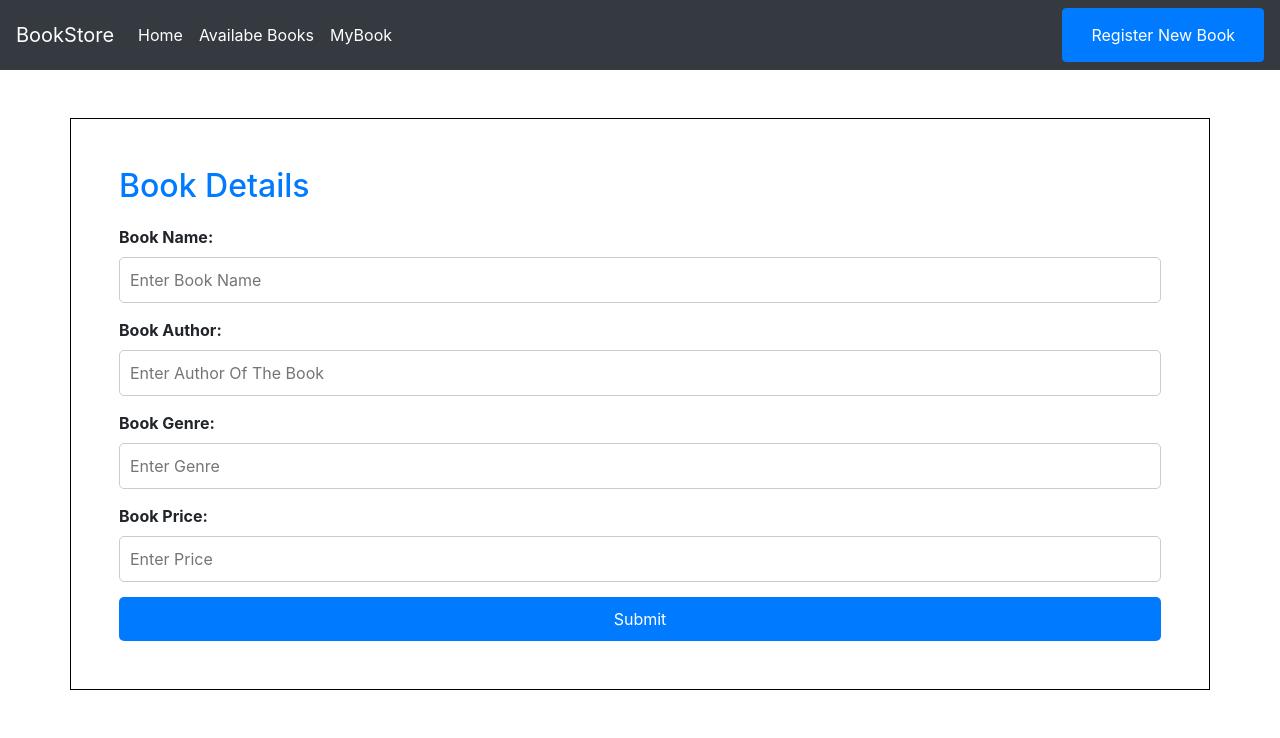
Repository: Sumanta-Sahoo/BookStoreApp
Page: bookstore/src/main/resources/static/bookRegister.html
The author's editor kept a copy of each file at every save. The page is drawn from the files as they stood at one save, then again after the next save.
The browser window is 1280 px wide. The pictures show the whole page.

Above is the page before, as saved 2024-03-15 12:05:01.

### bookstore/src/main/resources/static/bookRegister.html
<!doctype html>
<html lang="en">

<head>
	<!-- Required meta tags -->
	<meta charset="utf-8">
	<meta name="viewport" content="width=device-width, initial-scale=1, shrink-to-fit=no">

	<!-- Bootstrap CSS -->
	<link rel="stylesheet" href="https://cdn.jsdelivr.net/npm/bootstrap@4.4.1/dist/css/bootstrap.min.css"
		integrity="sha384-Vkoo8x4CGsO3+Hhxv8T/Q5PaXtkKtu6ug5TOeNV6gBiFeWPGFN9MuhOf23Q9Ifjh" crossorigin="anonymous">

	<title>BookStore</title>
</head>

<body>
	<nav class="navbar navbar-expand-lg navbar-light bg-dark">
		<a class="navbar-brand text-white" href="#">BookStore</a>
		<button class="navbar-toggler" type="button" data-toggle="collapse" data-target="#navbarSupportedContent"
			aria-controls="navbarSupportedContent" aria-expanded="false" aria-label="Toggle navigation">
			<span class="navbar-toggler-icon"></span>
		</button>

		<div class="collapse navbar-collapse" id="navbarSupportedContent">
			<ul class="navbar-nav mr-auto">
				<li class="nav-item active">
					<a class="nav-link text-white" href="#">Home<span class="sr-only">(current)</span></a>
				</li>
				<li class="nav-item">
					<a class="nav-link text-white" href="availabe_books">Availabe Books</a>
				</li>
				<li class="nav-item">
					<a class="nav-link text-white" href="my_books">MyBook</a>
				</li>
			</ul>
			<div>
				<button type="button" class="btn btn-primary"><a class="nav-link text-white"
						href="bookRegister">Register New Book</a></button>
			</div>

		</div>
	</nav>

	<div class="container my-5 p-5" style="border:1px solid black;">

		<h2 style="margin-bottom: 20px; color: #007bff;">Book Details</h2>

		<form>
			<div style="margin-bottom: 15px;">
				<label for="bookName" style="display: block; font-weight: bold;">Book Name:</label>
				<input type="text" id="bookName" name="bookName" placeholder="Enter Book Name"
					style="width: 100%; padding: 10px; font-size: 16px; border-radius: 5px; border: 1px solid #ccc; box-sizing: border-box;">
			</div>

			<div style="margin-bottom: 15px;">
				<label for="bookAuthor" style="display: block; font-weight: bold;">Book Author:</label>
				<input type="text" id="bookAuthor" name="bookAuthor"  placeholder="Enter Author Of The Book"
					style="width: 100%; padding: 10px; font-size: 16px; border-radius: 5px; border: 1px solid #ccc; box-sizing: border-box;">
			</div>

			<div style="margin-bottom: 15px;">
				<label for="bookGenre" style="display: block; font-weight: bold;">Book Genre:</label>
				<input type="text" id="bookGenre" name="bookGenre"placeholder="Enter Genre"
					style="width: 100%; padding: 10px; font-size: 16px; border-radius: 5px; border: 1px solid #ccc; box-sizing: border-box;">
			</div>

			<div style="margin-bottom: 15px;">
				<label for="bookPrice" style="display: block; font-weight: bold;">Book Price:</label>
				<input type="text" id="bookPrice" name="bookPrice" placeholder="Enter Price"
					style="width: 100%; padding: 10px; font-size: 16px; border-radius: 5px; border: 1px solid #ccc; box-sizing: border-box;">
			</div>

			<button type="submit"
				style="display: block; width: 100%; padding: 10px; font-size: 16px; border: none; border-radius: 5px; background-color: #007bff; color: #fff; cursor: pointer; transition: background-color 0.3s;">
				Submit
			</button>
		</form>
	</div>
	<!--
	<form>
		<div class="form-group">
			<label for="exampleInputEmail1">Email address</label>
			<input type="email" class="form-control" id="exampleInputEmail1" aria-describedby="emailHelp"
				placeholder="Enter email">
			<small id="emailHelp" class="form-text text-muted">We'll never share your email with anyone else.</small>
		</div>
		<div class="form-group">
			<label for="exampleInputPassword1">Password</label>
			<input type="password" class="form-control" id="exampleInputPassword1" placeholder="Password">
		</div>
		<div class="form-check">
			<input type="checkbox" class="form-check-input" id="exampleCheck1">
			<label class="form-check-label" for="exampleCheck1">Check me out</label>
		</div>
		<button type="submit" class="btn btn-primary">Submit</button>
	</form> -->

	<!-- Optional JavaScript -->
	<!-- jQuery first, then Popper.js, then Bootstrap JS -->
	<script src="https://code.jquery.com/jquery-3.4.1.slim.min.js"
		integrity="sha384-J6qa4849blE2+poT4WnyKhv5vZF5SrPo0iEjwBvKU7imGFAV0wwj1yYfoRSJoZ+n"
		crossorigin="anonymous"></script>
	<script src="https://cdn.jsdelivr.net/npm/popper.js@1.16.0/dist/umd/popper.min.js"
		integrity="sha384-Q6E9RHvbIyZFJoft+2mJbHaEWldlvI9IOYy5n3zV9zzTtmI3UksdQRVvoxMfooAo"
		crossorigin="anonymous"></script>
	<script src="https://cdn.jsdelivr.net/npm/bootstrap@4.4.1/dist/js/bootstrap.min.js"
		integrity="sha384-wfSDF2E50Y2D1uUdj0O3uMBJnjuUD4Ih7YwaYd1iqfktj0Uod8GCExl3Og8ifwB6"
		crossorigin="anonymous"></script>
</body>

</html>

After the next save:
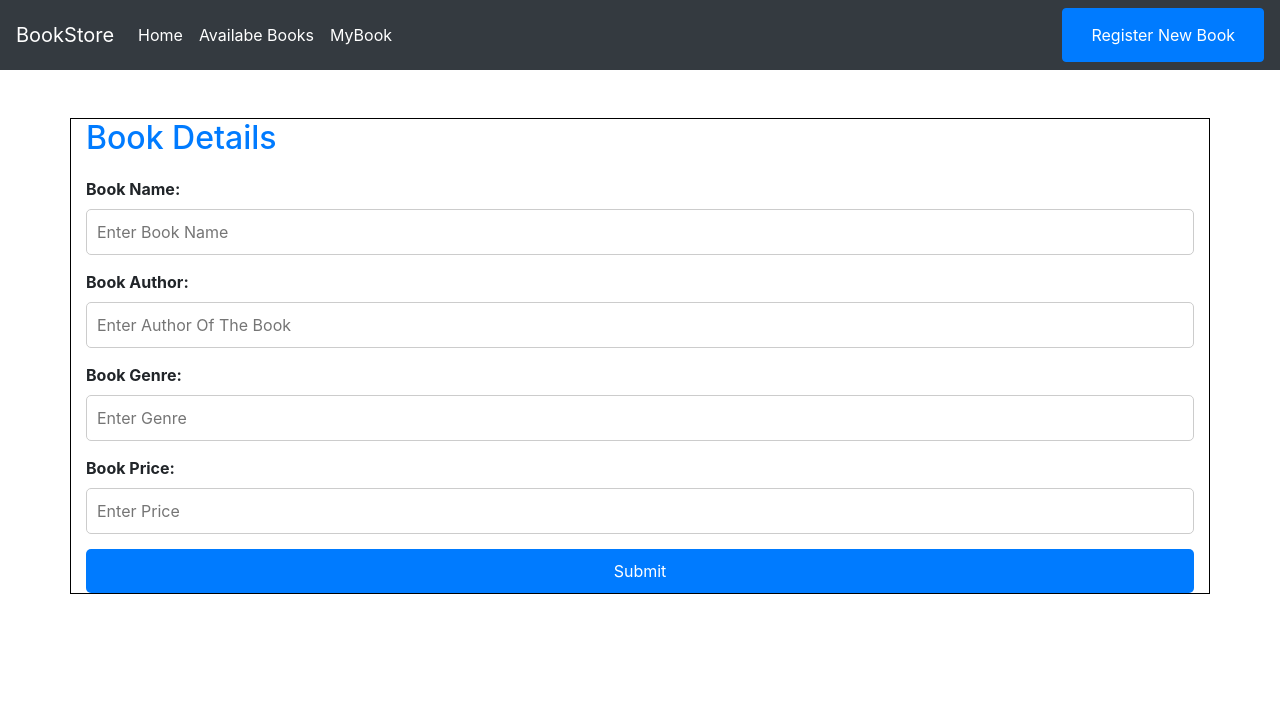
Saved 27 s later.
--- a/bookstore/src/main/resources/static/bookRegister.html
+++ b/bookstore/src/main/resources/static/bookRegister.html
@@ -41,7 +41,7 @@
 		</div>
 	</nav>
 
-	<div class="container my-5 p-5" style="border:1px solid black;">
+	<div class="container my-5 p-20" style="border:1px solid black;">
 
 		<h2 style="margin-bottom: 20px; color: #007bff;">Book Details</h2>
 

After the save that followed:
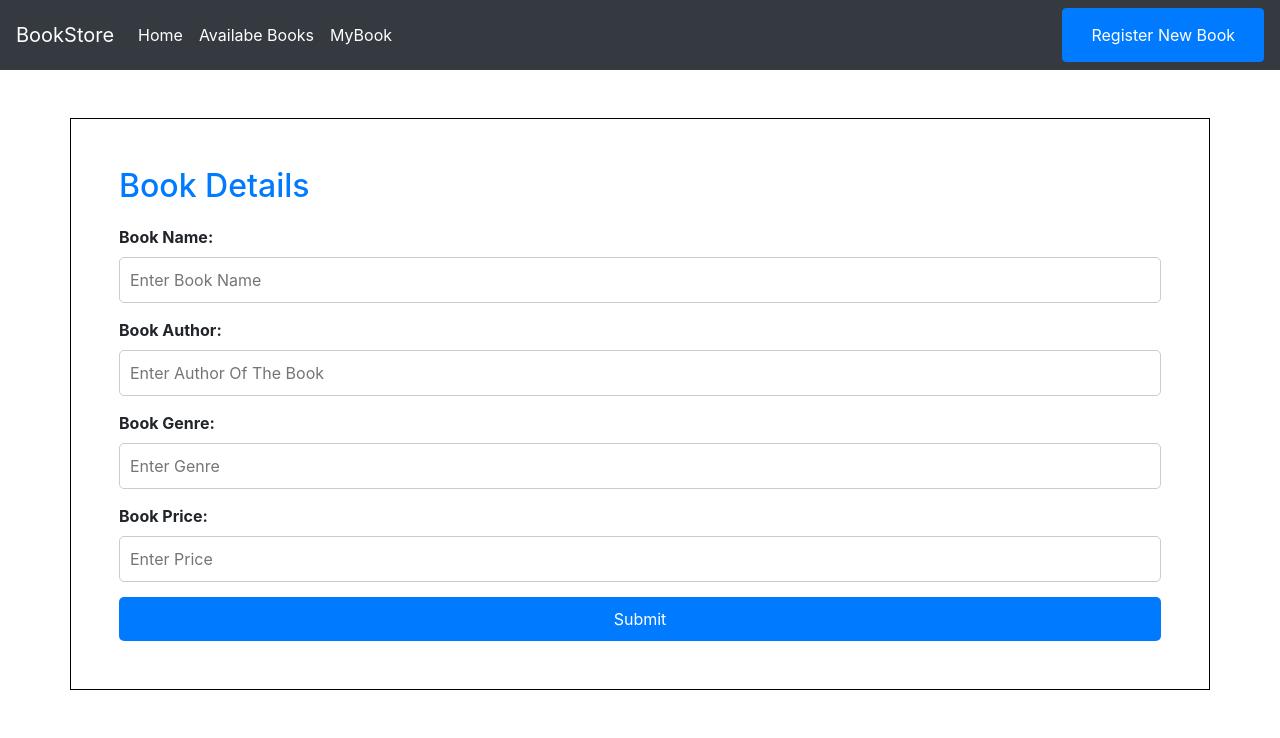
Saved 9 s later.
--- a/bookstore/src/main/resources/static/bookRegister.html
+++ b/bookstore/src/main/resources/static/bookRegister.html
@@ -41,7 +41,7 @@
 		</div>
 	</nav>
 
-	<div class="container my-5 p-20" style="border:1px solid black;">
+	<div class="container my-5 p-5" style="border:1px solid black;">
 
 		<h2 style="margin-bottom: 20px; color: #007bff;">Book Details</h2>
 
